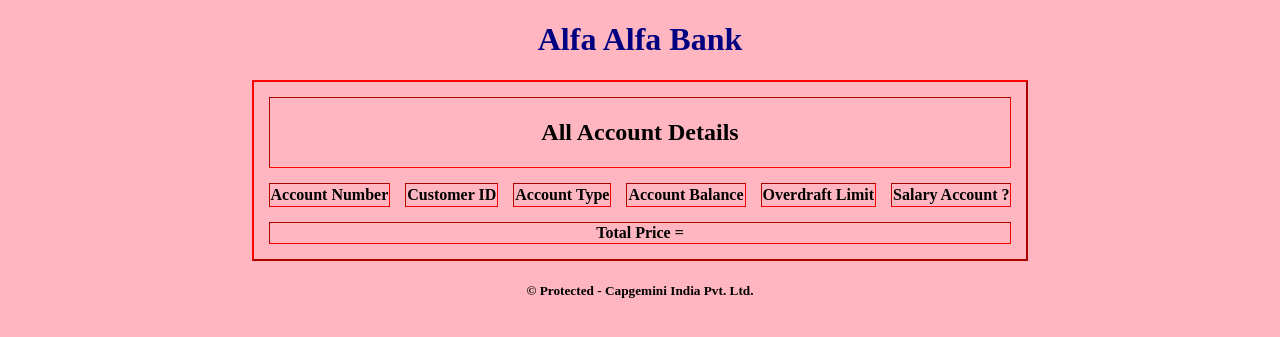
Repository: Rccalfa123/OnlineBankingApp
Page: http://localhost/AlfaAlfaBankApp/viewAllCustomers.jsp
These files come from the project's save history. The page is drawn as it stood at one moment and after the next save; the edit follows.
The browser window is 1280 px wide. The pictures show the whole page.
The page is served by Tomcat 9. Other server files are loaded and not shown.

Above is the page before, as saved 2018-08-10 11:46:55.

### AlfaAlfaBankApp/WebContent/viewAllCustomers.jsp
<%@ page language="java" contentType="text/html; charset=ISO-8859-1"
    pageEncoding="ISO-8859-1"%>
<%@taglib prefix="alfa" uri="http://java.sun.com/jsp/jstl/core"%>
<!DOCTYPE html>
<html>
<head>

<link rel="stylesheet" type="text/css" href="mystyle.css">

<meta charset="ISO-8859-1">
<title>Insert title here</title>
</head>
<jsp:include page="header.jsp"></jsp:include>

		<form action=".app" method="get">

			<div>
				<table cellspacing="15" align="center" border="2">
					<tr>
						<th colspan="6" height="35"><h2>All Account Details</h2></th>
					</tr>
					<tr>
						<th height="20">Account Number</th>
						<th height="20">Customer ID</th>
						<th height="20">Account Type</th>
						<th height="20">Account Balance</th>
						<th height="20">Overdraft Limit</th>
						<th height="20">Salary Account ? </th>

					</tr>

					<alfa:forEach var="booksInCart" items="${sessionScope.booksInCart}">
						<tr>
							<td align="center">${booksInCart.bookObject.bookId}</td>
							<td align="center">${booksInCart.bookObject.bookName}</td>
							<td align="center">${booksInCart.bookObject.bookDescription}</td>
							<td align="center">${booksInCart.bookObject.bookPrice}</td>
							<td align="center">${booksInCart.noofBookAdded}</td>
						</tr>
					</alfa:forEach>
					<tr>
						<th colspan="6">Total Price = ${sessionScope.price}</th>
					</tr>
				</table>
			</div>

		</form>
	<jsp:include page="footer.html"></jsp:include>

</body>
</html>

### AlfaAlfaBankApp/WebContent/header.jsp
<%@taglib prefix="jstl" uri="http://java.sun.com/jsp/jstl/core" %>
<div align="center">
	<h1>Alfa Alfa Bank</h1>
</div>

### AlfaAlfaBankApp/WebContent/footer.html
<div align="center">
<h5>&copy; Protected - Capgemini India Pvt. Ltd.</h5>
</div>

### AlfaAlfaBankApp/WebContent/mystyle.css
@charset "ISO-8859-1";

body {
    background-color: lightpink;
}

h1 {
    color: navy;
}

td{

 font-family: sans-serif;

}

table {
	border-color: red;
	border-right: 2px 2px 2px 2px ;
}

a{
	text-decoration: none;
	color: green;
}

After the next save:
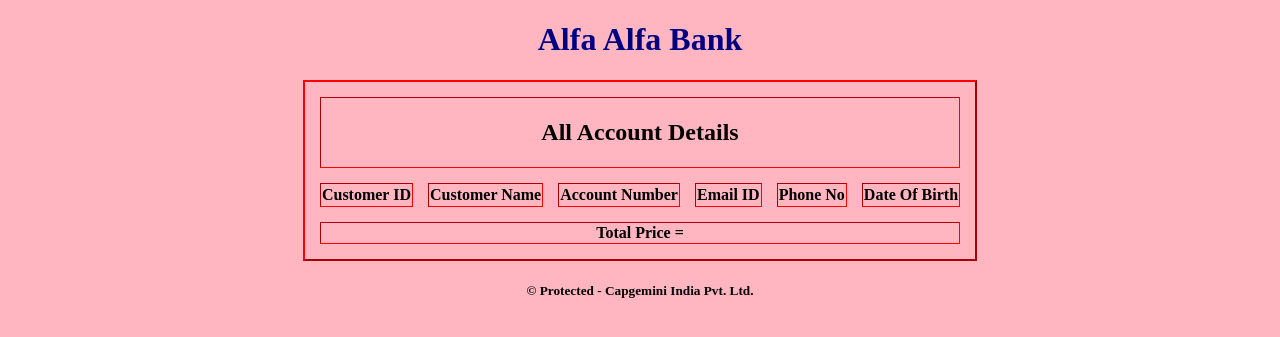
Saved 3 min 9 s later.
--- a/AlfaAlfaBankApp/WebContent/viewAllCustomers.jsp
+++ b/AlfaAlfaBankApp/WebContent/viewAllCustomers.jsp
@@ -20,13 +20,12 @@
 						<th colspan="6" height="35"><h2>All Account Details</h2></th>
 					</tr>
 					<tr>
+						<th height="20">Customer ID</th>
+						<th height="20">Customer Name</th>
 						<th height="20">Account Number</th>
-						<th height="20">Customer ID</th>
-						<th height="20">Account Type</th>
-						<th height="20">Account Balance</th>
-						<th height="20">Overdraft Limit</th>
-						<th height="20">Salary Account ? </th>
-
+						<th height="20">Email ID</th>
+						<th height="20">Phone No</th>
+						<th height="20">Date Of Birth</th>
 					</tr>
 
 					<alfa:forEach var="booksInCart" items="${sessionScope.booksInCart}">
